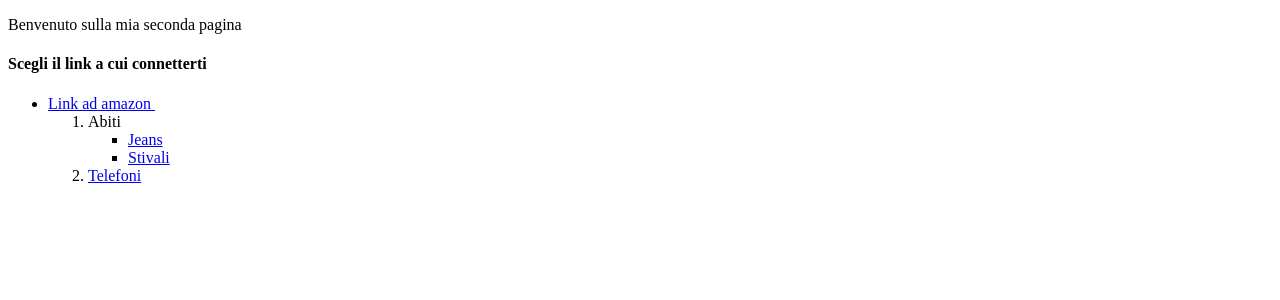
Repository: AndreaGuastaferro/Repository_Andrea_Guastaferro_Front
Page: cartella_html/NUOVO_HTML/Secondo_File.html
These files come from the project's save history. The page is drawn as it stood at one moment and after the next save; the edit follows.
The browser window is 1280 px wide. The pictures show the whole page.

Above is the page before, as saved 2018-10-22 09:06:26.

### cartella_html/NUOVO_HTML/Secondo_File.html
<!DOCTYPE html>
<html>
<head>
<meta charset="ISO-8859-1">
<title>Insert title here</title>
</head>
<body>
	<p> Benvenuto sulla mia seconda pagina </p>
	<h4>Scegli il link a cui connetterti</h4>
		<ul>

			<li><a href= "https://www.amazon.it"> Link ad amazon <img src=""> </a> </li>
				<ol>
					<li><a href= " https://www.amazon.it/b/ref=nav__fashion_man?ie=UTF8&node=5515769031"></a>Abiti</li>
						<ul>
							<li> <a href="https://www.amazon.it/s/ref=s9_acss_bw_cg_ITMFMay2_3c1_w?__mk_it_IT=%C5M%C5Z%D5%D1&rh=i%3Aapparel%2Cn%3A2844433031%2Cn%3A%212844438031%2Cn%3A%212844440031%2Cn%3A15437070031%2Cp_76%3A490210031%2Cn%3A2892862031%2Cn%3A2892945031&bbn=15437070031&sort=date-desc-rank&ie=UTF8&pf_rd_m=A2VX19DFO3KCLO&pf_rd_s=merchandised-search-5&pf_rd_r=47Q5SCQ3NC4T83X6EN1V&pf_rd_t=101&pf_rd_p=2b56b692-4bdb-4382-b36f-c06c7c0ce0d7&pf_rd_i=5515769031"></</a>Jeans</li>
							<li> <a href=" https://www.amazon.it/s/ref=s9_acss_bw_cg_ITMFMay2_3b1_w?__mk_it_IT=%C5M%C5Z%D5%D1&rh=i%3Ashoes%2Cn%3A524006031%2Cn%3A%21696352031%2Cn%3A%21696595031%2Cn%3A15437073031%2Cp_76%3A490210031%2Cn%3A700578031%2Cn%3A700703031%2Cn%3A700751031&bbn=15437073031&sort=date-desc-rank&ie=UTF8&pf_rd_m=A2VX19DFO3KCLO&pf_rd_s=merchandised-search-5&pf_rd_r=47Q5SCQ3NC4T83X6EN1V&pf_rd_t=101&pf_rd_p=2b56b692-4bdb-4382-b36f-c06c7c0ce0d7&pf_rd_i=5515769031">Stivali</a></li>
						</ul>
					<li><a href= " https://www.amazon.it/telefonia-mobile/b/ref=sd_allcat_tele?ie=UTF8&node=435507031"></</a>Telefoni</li>
				</ol>








<!--

	<li><a href="https://www.google.it"> Link a google <img src=""></a> </li>

		<h4>Scegli un link alternativo tra i seguenti</h4>

			<ol>
				<li> <a href="https://www.fantagazzetta.com"> Link a fantagazzetta </a></li>

				<li> <a href="http://www.irpinianews.it"> Link a irpinianews </a></li>

			</ol>

		</ul> -->



</body>
</html>

After the next save:
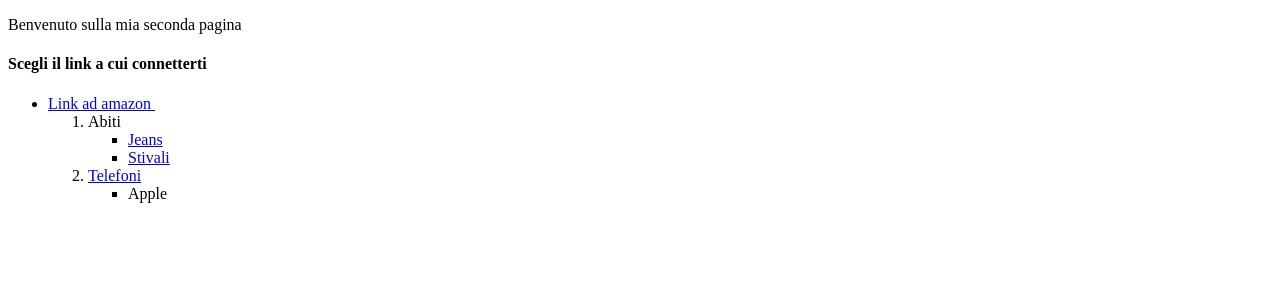
Saved 79 s later.
--- a/cartella_html/NUOVO_HTML/Secondo_File.html
+++ b/cartella_html/NUOVO_HTML/Secondo_File.html
@@ -17,6 +17,10 @@
 							<li> <a href=" https://www.amazon.it/s/ref=s9_acss_bw_cg_ITMFMay2_3b1_w?__mk_it_IT=%C5M%C5Z%D5%D1&rh=i%3Ashoes%2Cn%3A524006031%2Cn%3A%21696352031%2Cn%3A%21696595031%2Cn%3A15437073031%2Cp_76%3A490210031%2Cn%3A700578031%2Cn%3A700703031%2Cn%3A700751031&bbn=15437073031&sort=date-desc-rank&ie=UTF8&pf_rd_m=A2VX19DFO3KCLO&pf_rd_s=merchandised-search-5&pf_rd_r=47Q5SCQ3NC4T83X6EN1V&pf_rd_t=101&pf_rd_p=2b56b692-4bdb-4382-b36f-c06c7c0ce0d7&pf_rd_i=5515769031">Stivali</a></li>
 						</ul>
 					<li><a href= " https://www.amazon.it/telefonia-mobile/b/ref=sd_allcat_tele?ie=UTF8&node=435507031"></</a>Telefoni</li>
+						<ul>
+							<li> <a href=" https://www.amazon.it/s/ref=lp_435507031_nr_p_89_3?fst=as%3Aoff&rh=n%3A412609031%2Cn%3A%21435499031%2Cn%3A%21435501031%2Cn%3A435507031%2Cp_89%3AApple&bbn=435507031&ie=UTF8&qid=1540199277&rnid=1688663031"></a>Apple</li>
+
+						</ul>
 				</ol>
 
 
